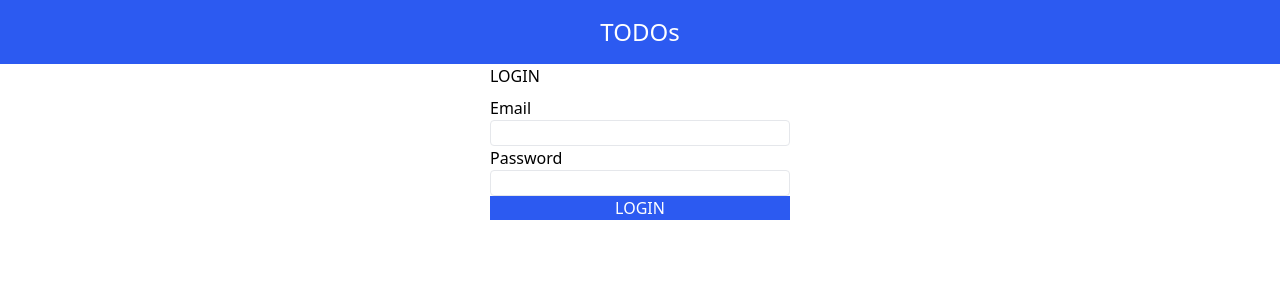
Repository: Jay-JYKim91/wanted-pre-onboarding-challenge-fe-1
Page: /auth
The author's editor kept a copy of each file at every save. The page is drawn from the files as they stood at one save, then again after the next save.
The browser window is 1280 px wide. The pictures show the whole page.
The project was rebuilt for these pictures with package versions that can differ from the ones it lists, and the page was loaded fresh each time.

Above is the page before, as saved 2022-07-29 19:53:49.

### src/index.tsx
import React from "react"
import ReactDOM from "react-dom/client"
import "./index.css"
import App from "./App"
import { BrowserRouter } from "react-router-dom"

const root = ReactDOM.createRoot(document.getElementById("root") as HTMLElement)
root.render(
  <React.StrictMode>
    <BrowserRouter>
      <App />
    </BrowserRouter>
  </React.StrictMode>
)

### src/App.tsx
import React from "react"
import { Route, Routes } from "react-router-dom"
import Auth from "./page/Auth"

function App() {
  return (
    <div className="App">
      <header className="bg-primary-900 text-white text-center py-4 text-2xl">
        <span>TODOs</span>
      </header>
      <Routes>
        <Route path="/auth" element={<Auth />} />
      </Routes>
    </div>
  )
}

export default App

### src/page/Auth.tsx
import React from "react"

function Auth() {
  return (
    <div>
      <div className="max-w-[300px] m-auto">
        <h1>LOGIN</h1>
        <form className="my-2">
          <div className="flex flex-col">
            <label htmlFor="emailForLogin">Email</label>
            <input type="email" id="emailForLogin" className="border rounded" />
          </div>
          <div className="flex flex-col">
            <label htmlFor="passwordForLogin">Password</label>
            <input
              type="password"
              id="passwordForLogin"
              className="border rounded"
            />
          </div>
          <button type="button" className="w-full bg-primary-900 text-white">
            LOGIN
          </button>
        </form>
      </div>
    </div>
  )
}

export default Auth

### tailwind.config.js
/** @type {import('tailwindcss').Config} */
module.exports = {
  content: [
    "./src/**/*.{js,jsx,ts,tsx}",
  ],
  theme: {
    extend: {
      colors: {
        'primary': {
          100: '#47dfbc',
          500: '#428afe',
          900: '#2c5af1',
        }
      },
    },
  },
  plugins: [],
}

Loaded but not shown: public/index.html (common file); src/index.css (common file)

After the next save:
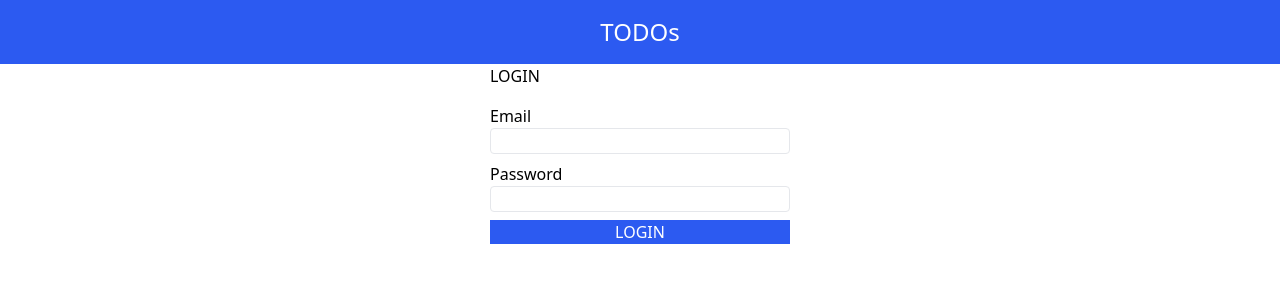
Saved 14 s later.
--- a/src/page/Auth.tsx
+++ b/src/page/Auth.tsx
@@ -5,12 +5,12 @@ function Auth() {
     <div>
       <div className="max-w-[300px] m-auto">
         <h1>LOGIN</h1>
-        <form className="my-2">
-          <div className="flex flex-col">
+        <form className="my-4">
+          <div className="flex flex-col mb-2">
             <label htmlFor="emailForLogin">Email</label>
             <input type="email" id="emailForLogin" className="border rounded" />
           </div>
-          <div className="flex flex-col">
+          <div className="flex flex-col mb-2">
             <label htmlFor="passwordForLogin">Password</label>
             <input
               type="password"
